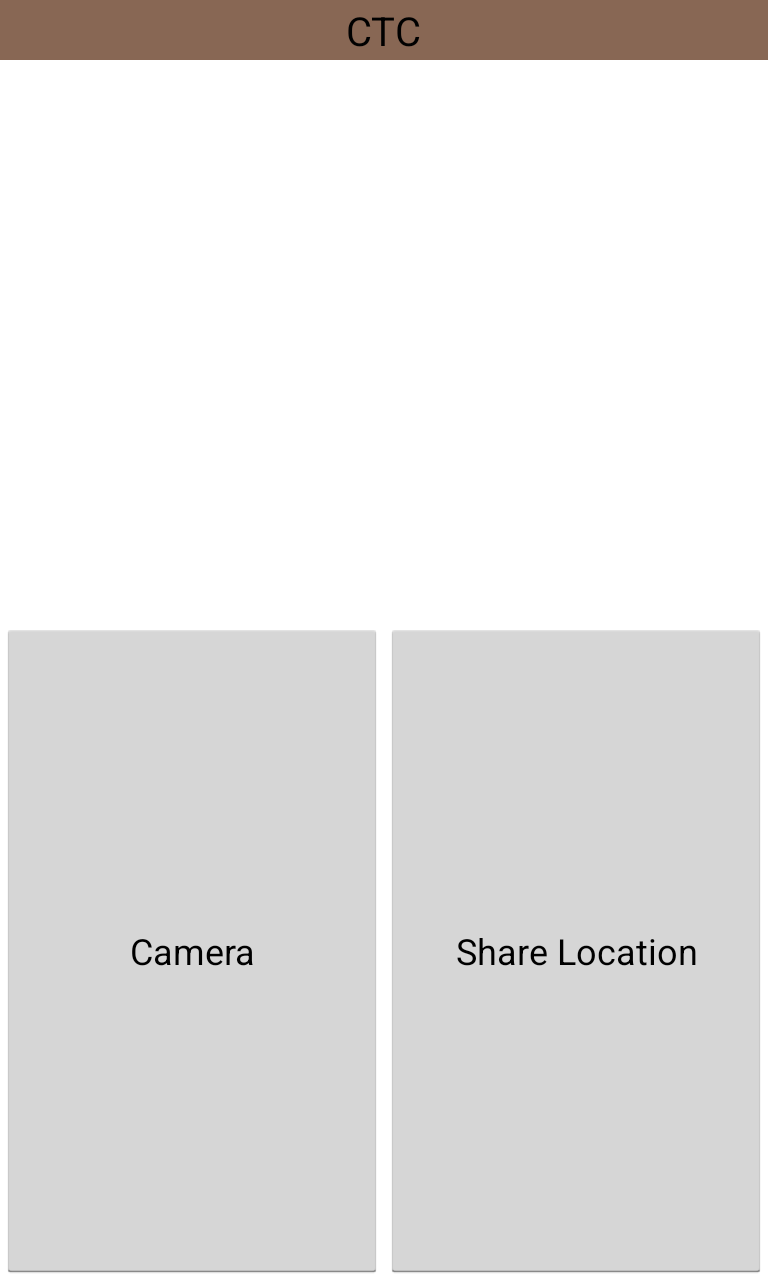
Repository: nilasissen/CTC
Layout: dev/CTC/res/layout/activity_emergencyalert.xml
These files come from the project's save history. The layout is drawn as it stood at one moment and after the next save; the edit follows.
It is drawn on a 768 x 1280 px phone screen (xhdpi) without system bars, with theme AppTheme; the app's code is not run.

Above is the layout before, as saved 2015-02-10 11:14:00.

### dev/CTC/res/layout/activity_emergencyalert.xml
<?xml version="1.0" encoding="utf-8"?>
<FrameLayout xmlns:android="http://schemas.android.com/apk/res/android"
    android:layout_width="match_parent"
    android:layout_height="match_parent" >
<RelativeLayout
        android:layout_width="match_parent"
        android:layout_height="match_parent" >

        <LinearLayout
            android:id="@+id/header"
            android:layout_width="match_parent"
            android:layout_height="30dp"
            android:background="#886754"
            android:gravity="center"
            android:orientation="vertical" >

            <TextView
                android:layout_width="wrap_content"
                android:layout_height="wrap_content"
                android:layout_gravity="center"
                android:text="CTC"
                android:textColor="#000000"
                android:textSize="20dp" />
        </LinearLayout>

        <LinearLayout
            android:layout_width="match_parent"
            android:layout_height="match_parent"
            android:layout_below="@id/header"
            android:orientation="vertical"
            android:weightSum="2" >

            <LinearLayout
                android:layout_width="match_parent"
                android:layout_height="wrap_content"
                android:layout_weight="1"
                android:orientation="horizontal"
                android:weightSum="2" >

            </LinearLayout>

            <LinearLayout
                android:layout_width="match_parent"
                android:layout_height="wrap_content"
                android:layout_weight="1"
                android:orientation="horizontal"
                android:weightSum="2" >

                <Button
                    android:id="@+id/complianlauge"
                    android:layout_width="fill_parent"
                    android:layout_height="fill_parent"
                    android:layout_weight="1"
                    android:text="Camera" />

                <Button
                    android:id="@+id/settings"
                    android:layout_width="fill_parent"
                    android:layout_height="fill_parent"
                    android:layout_weight="1"
                    android:text="Share Location" />
            </LinearLayout>
        </LinearLayout>
    </RelativeLayout>



</FrameLayout>

Loaded but not shown: dev/CTC/res/values/styles.xml (common file); dev/CTC/res/values-v11/styles.xml (common file); dev/CTC/res/values-v14/styles.xml (common file)

After the next save:
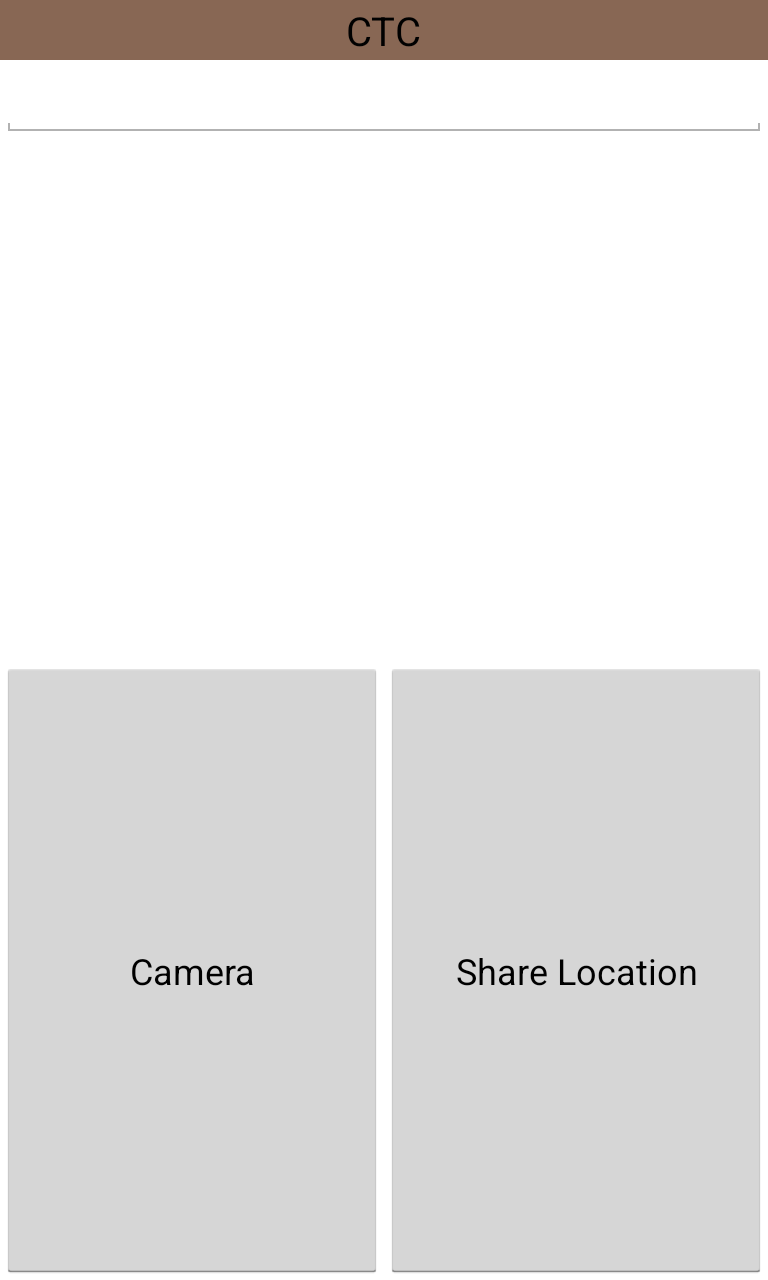
Saved 2 min 15 s later.
--- a/dev/CTC/res/layout/activity_emergencyalert.xml
+++ b/dev/CTC/res/layout/activity_emergencyalert.xml
@@ -37,6 +37,13 @@
                 android:orientation="horizontal"
                 android:weightSum="2" >
 
+                <EditText
+                    android:id="@+id/editText1"
+                    android:layout_width="match_parent"
+                    android:layout_height="wrap_content"
+                    android:layout_weight="1"
+                    android:ems="10" />
+
             </LinearLayout>
 
             <LinearLayout
